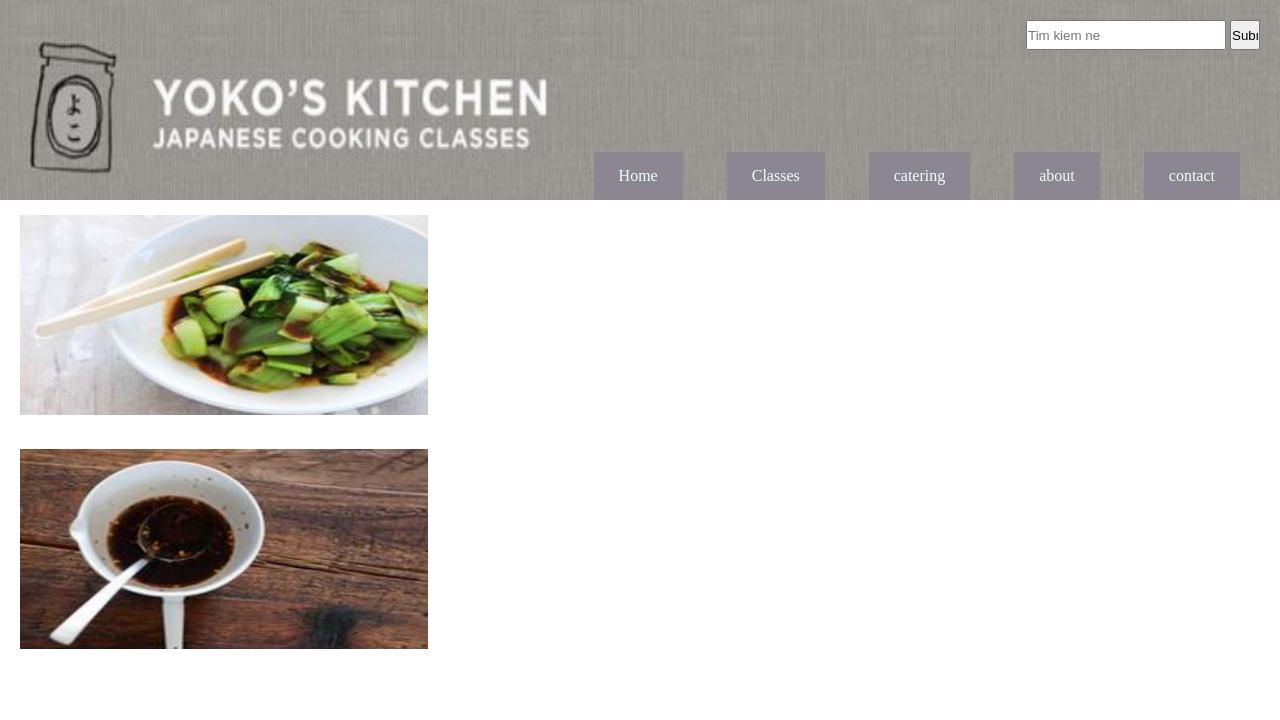
Repository: huy352002/20012931-Tr-n-Quang-Huy
Page: bt2.html
An editor plug-in stored every save of this project. The page is shown before and after the next save, followed by the edit.
The browser window is 1280 px wide. The pictures show the whole page.

Above is the page before, as saved 2022-09-30 10:02:41.

After the next save:
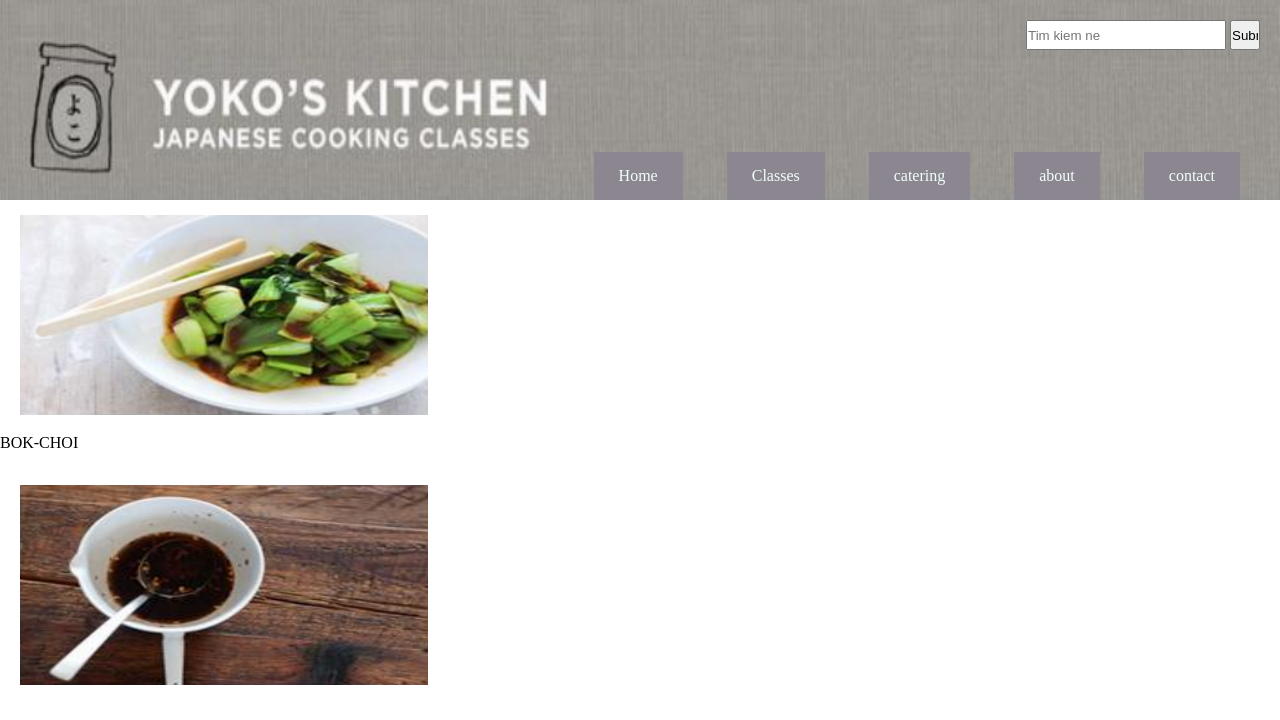
Saved 47 s later.
--- a/bt2.html
+++ b/bt2.html
@@ -33,7 +33,8 @@
 
         <div class="body1">
             <div class="sub1">
-                <img class="img" src="/img1.png" alt=" BOK-CHOI ">
+                <img class="img" src="/img1.png">
+                <p>BOK-CHOI</p>
                 <br>
                 <img class="img" src="/img2.png" alt="">
             </div>
